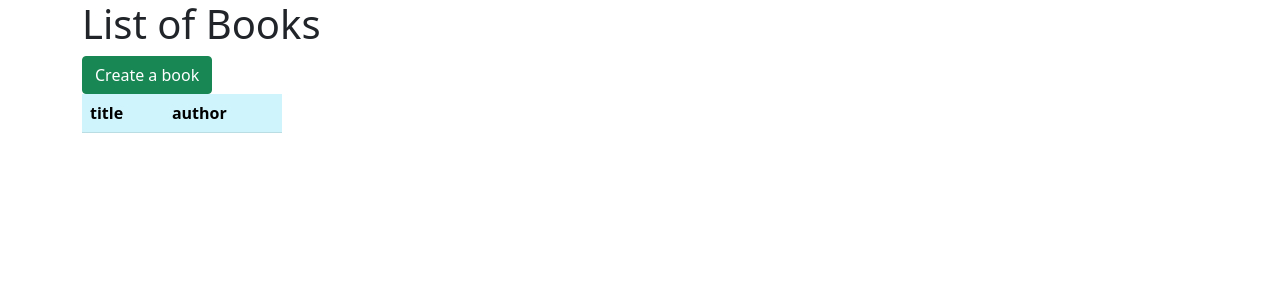
Repository: RaghdaMadiane/django
Page: http://localhost/books/
The author's editor kept a copy of each file at every save. The page is drawn from the files as they stood at one save, then again after the next save.
The browser window is 1280 px wide. The pictures show the whole page.
The page is served by the project's application, run on Django 3.2 (manage.py). Queries for data that is not in the repository find no rows.

Above is the page before, as saved 2021-04-21 17:07:28.

After the next save:
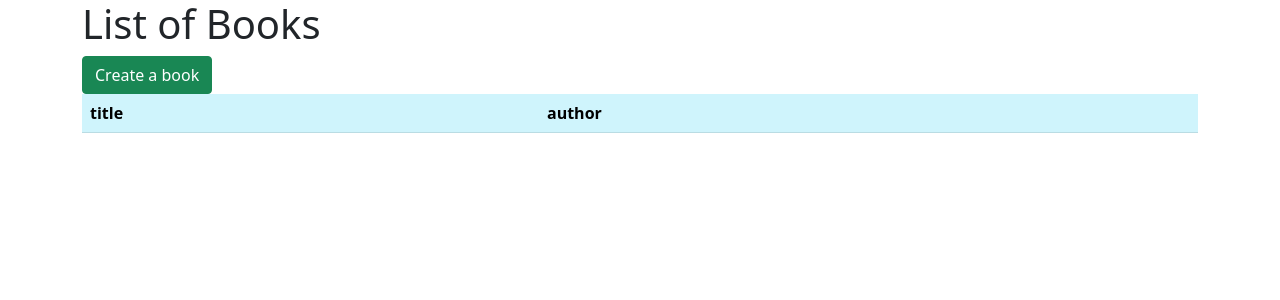
Saved 9 s later.
--- a/books/templates/books/index.html
+++ b/books/templates/books/index.html
@@ -5,7 +5,7 @@
 </head>
 <body class="container">
 <h1>List of Books<h1>
-<table class="table table-striped" style="width:200px" >
+<table class="table table-striped" style="width:200rm" >
 
   <thead>
     <tr>
